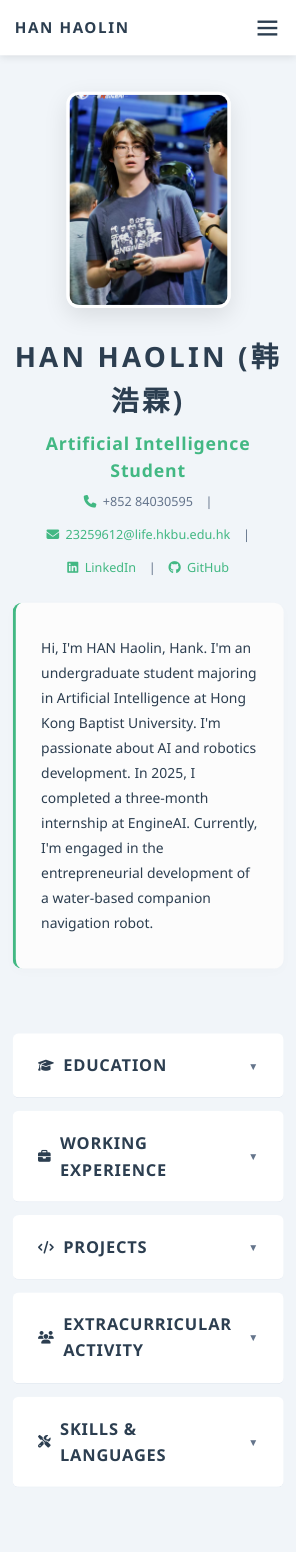
Repository: hhl2802149944-afk/hhl2802149944-afk.github.io
Page: /
The author's editor kept a copy of each file at every save. The page is drawn from the files as they stood at one save, then again after the next save.
The browser window is 375 px wide. The pictures show the whole page, at 79% of full size.
The project was rebuilt for these pictures with package versions that can differ from the ones it lists, and the page was loaded fresh each time. Also part of the build but not shown: vite.config.js, src/components/ProjectCard.vue, src/views/MantaRoboticView.vue.

Above is the page before, as saved 2026-01-21 15:40:54.

After the next save:
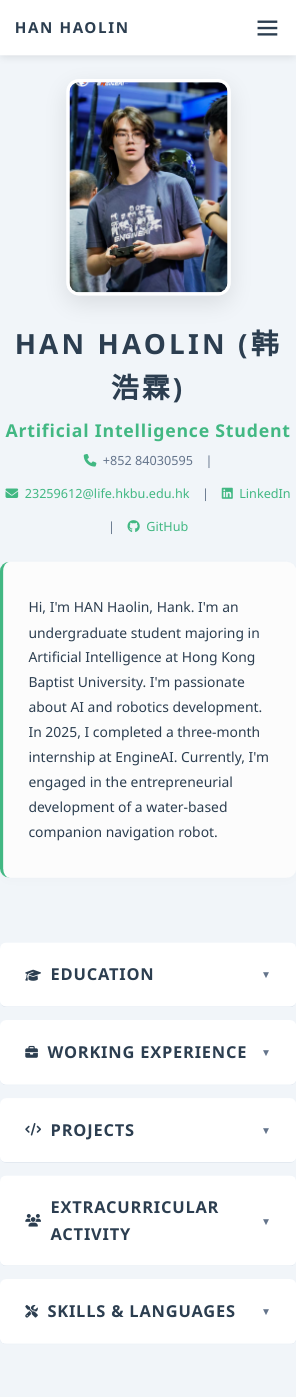
Saved 85 s later.
--- a/src/assets/main.css
+++ b/src/assets/main.css
@@ -43,13 +43,13 @@ a:hover {
 }
 
 @media (max-width: 768px) {
-  #app {
+  .home {
     padding: 2rem;
   }
 }
 
 @media (max-width: 480px) {
-  #app {
+  .home {
     padding: 1rem;
   }
 }
